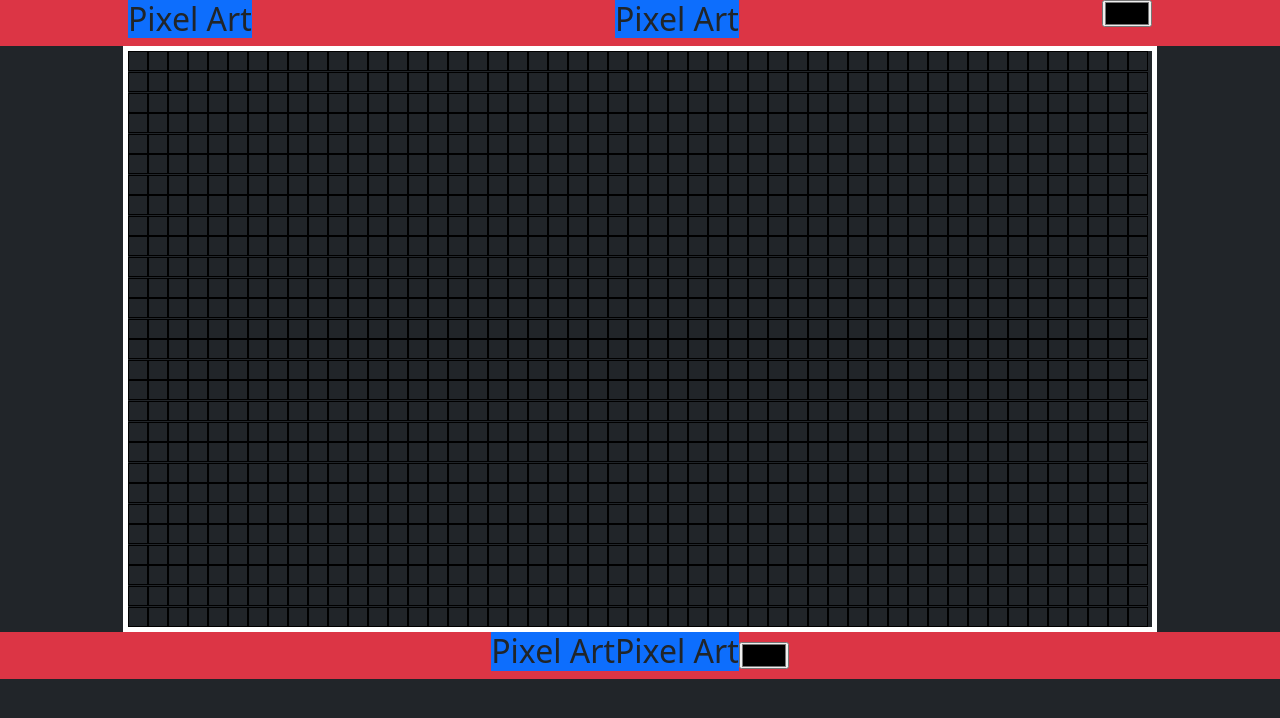
Repository: bechara611/pixelartdb
Page: /
The author's editor kept a copy of each file at every save. The page is drawn from the files as they stood at one save, then again after the next save.
The browser window is 1280 px wide. The pictures show the whole page.
The project was rebuilt for these pictures with package versions that can differ from the ones it lists, and the page was loaded fresh each time. Also part of the build but not shown: vite.config.js.

Above is the page before, as saved 2023-03-07 13:36:16.

### src/main.jsx
import React from 'react'
import ReactDOM from 'react-dom/client'
import App from './App'
import 'bootstrap/dist/css/bootstrap.min.css'
import 'bootstrap/dist/js/bootstrap.bundle.js'

ReactDOM.createRoot(document.getElementById('root')).render(

    <App />

)

### src/App.jsx

import { useEffect, useState } from 'react'
import './App.css'
import { SelectableGroup } from 'react-selectable-fast'
import { Pixel } from './Pixel'

const App = () => {
  const [pixels, setPixels] = useState([])
  const [isSelecting, setIsSelecting] = useState(false)
  const [startIndex, setStartIndex] = useState(null)
  const [colorActual, setcolorActual] = useState('transparent')

  useEffect(() => {
    let contenedor = document.getElementById('contenedor')
    let divsAloAlto = Math.floor(contenedor.offsetHeight / 20)
    let divsAlOancho = Math.floor(contenedor.offsetWidth / 20);
    //para saber cuantos divs necesita un contenedor multiplica el numero de divs a lo alto * el numero de divds a lo ancho
    setPixels(Array.from({ length: divsAloAlto * divsAlOancho }, () => { return { active: false, color: colorActual } }))

  }, [])

  const funcionArray = (index) => {
    let nuevoArray = [...pixels]
    nuevoArray[index] = { active: true, color: colorActual }
    setPixels(nuevoArray)
  }

  useEffect(() => {
    //console.log({ pixels })
  }, [pixels])

  const onMouseDown = (index) => {
    setIsSelecting(true);
    setStartIndex(index)
    // console.log('onMouseDown')
  }


  const onMouseOver2 = (index) => {
    if (isSelecting) {
      const pixelsupdated = [...pixels]
      pixelsupdated[index] = { ...pixelsupdated[index], active: true, color: colorActual }

      setPixels(pixelsupdated)

    }
    // console.log('onMouseOver')
  }
  const onMouseUp2 = (index) => {
    setIsSelecting(false)

  }
  return (
    <>
      <div className="bg-dark fondo">
        <div className="col-12 contenedor-05 bg-danger">
          <div className="contenedor-mayor2 header">
            <h2 className='bg-primary'>Pixel Art</h2>
            <h2 className='bg-primary'>Pixel Art</h2>
            <input type="color"  onChange={(e) => { setcolorActual(e.target.value) }} />
          </div>
        </div>
        <div className="contenedor-mayor ">
          <div className="contorno">
            <div className="contenedor " id='contenedor'>

              {

                pixels.map((a, index) => {
                  return <Pixel key={index}
                    color={a.color}
                    active={a.active}
                    funcion={() => funcionArray(index)}
                    onMouseDown={() => { onMouseDown(index) }}
                    onMouseUp={() => { onMouseUp2(index) }}
                    onMouseOver={() => { onMouseOver2(index) }}
                  ></Pixel>
                })

              }

            </div>
          </div>
        </div>
        <div className="col-12 contenedor-06 bg-danger">
          <div className="contenedor-mayor header">
            <h2 className='bg-primary'>Pixel Art</h2>
            <h2 className='bg-primary'>Pixel Art</h2>
            <input type="color"  onChange={(e) => { setcolorActual(e.target.value) }} />
          </div>
        </div>
      </div>
    </>
  )
}

export default App

### src/App.css
.fondo{
  height: 100vh;

}

.contorno{
  border: 5px solid white;
}

.contenedor-mayor{
  display: flex;
  flex-direction: row;
  justify-content: center;
  justify-self: center;
  align-items: center;

}
.contenedor-mayor2{
  width: 80vw;
  align-self: center;
  display: flex;
  flex-direction: row;
  justify-content: space-between;
}

.contenedor-05{
  display: flex;
  flex-direction: row;
  justify-content: center;
}

.pixel {
  width: 20px;
  height: 20px;
  border: 1px solid rgb(0, 0, 0);

  box-sizing: border-box;

}

.active {
background: transparent;
}

.contenedor {

  display: flex;
  flex-direction: row;
  flex-wrap: wrap;
  width: 80vw;
  height: 80vh;
  max-width: 80vw;
  max-height: 80vh;



}

### src/Pixel.jsx
import React, { useState } from 'react'
import './App.css'
import {selectableGroup, createSelectable} from 'react-selectable-fast'
export const Pixel = (props) => {
    const [isActive, setisActive] = useState(false)
  return (

 <div className={`pixel ${props.active ? 'active' : ''}`} style={{ background:props.active ? props.color : ''}}
 onClick={()=>{
    setisActive(!isActive)
    props.funcion();
}}
onMouseDown={()=>{props.onMouseDown()}}
onMouseUp={()=>{props.onMouseUp()}}
onTouchEnd={()=>{props.onMouseUp()}}
onMouseOver={()=>{props.onMouseOver()}}
onTouchStart={()=>{{
    props.onMouseDown()
    props.onMouseOver()}}}
 >

 </div>
  )
}

Loaded but not shown: index.html (common file)

After the next save:
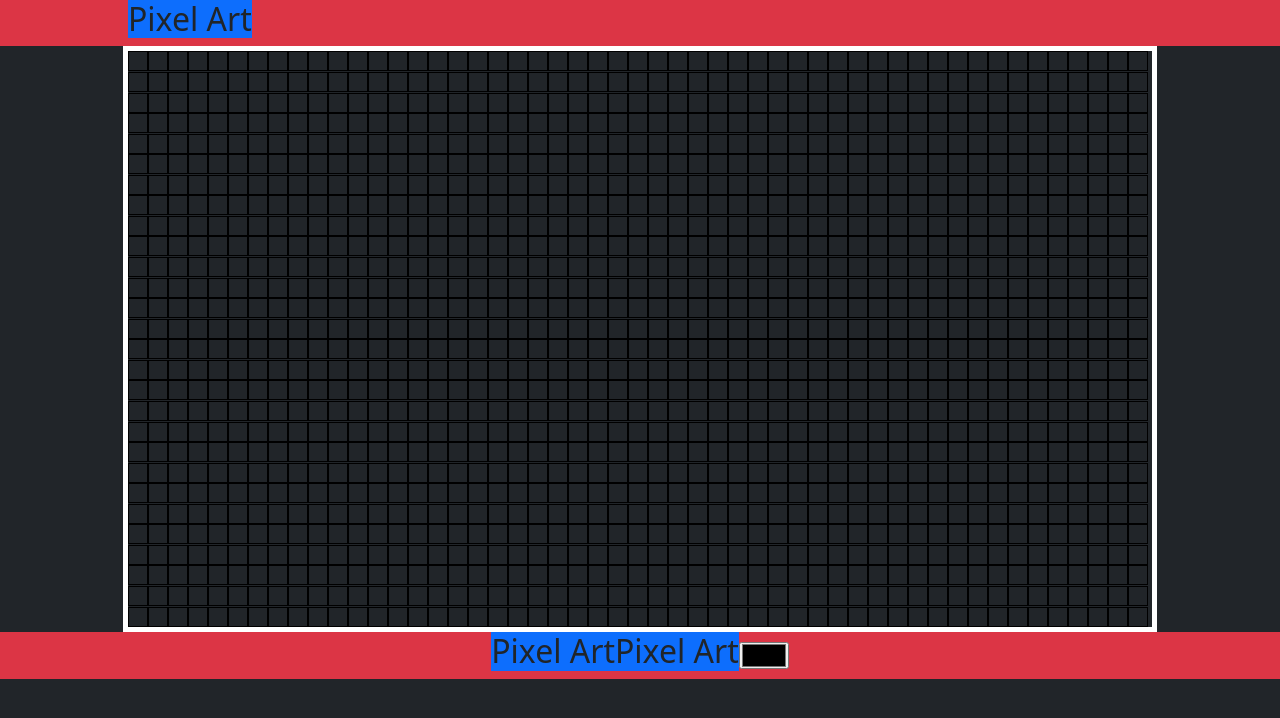
Saved 15 s later.
--- a/src/App.jsx
+++ b/src/App.jsx
@@ -56,8 +56,7 @@ const App = () => {
         <div className="col-12 contenedor-05 bg-danger">
           <div className="contenedor-mayor2 header">
             <h2 className='bg-primary'>Pixel Art</h2>
-            <h2 className='bg-primary'>Pixel Art</h2>
-            <input type="color"  onChange={(e) => { setcolorActual(e.target.value) }} />
+
           </div>
         </div>
         <div className="contenedor-mayor ">
